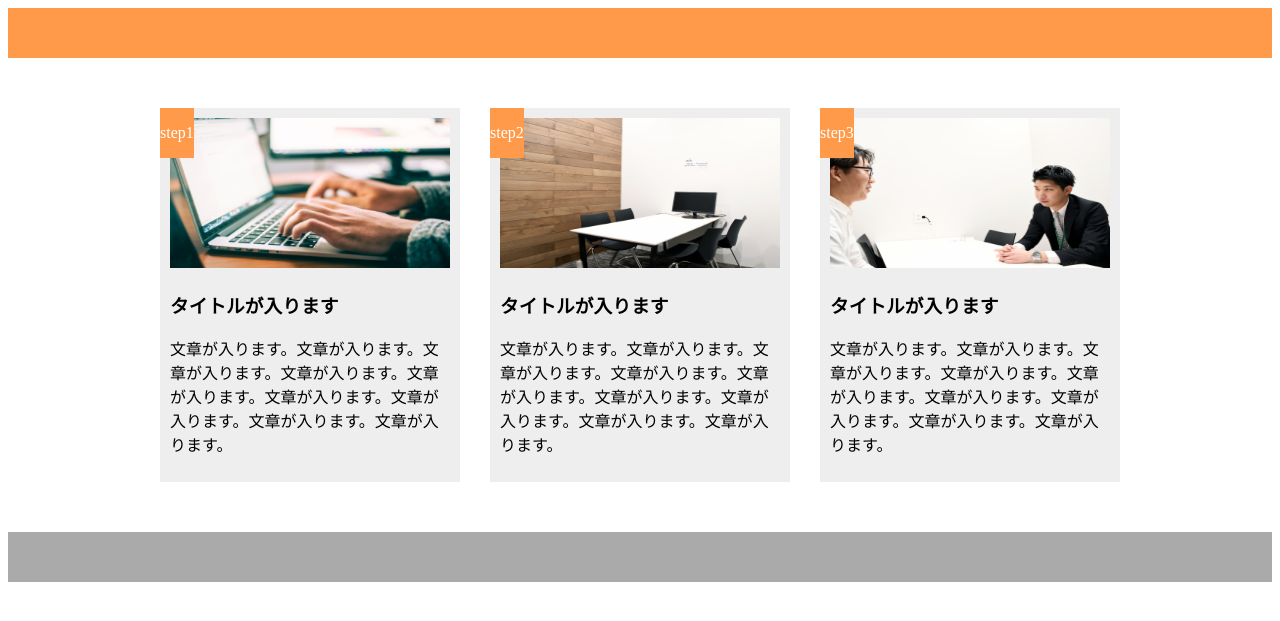
Repository: takuromiyazaki/kadai
Page: 課題１/課題１.html
The author's editor kept a record of every edit. The page is drawn from the files as they stood at one moment, then again after the next edit.
The browser window is 1280 px wide. The pictures show the whole page.

Above is the page before.

After the next edit:
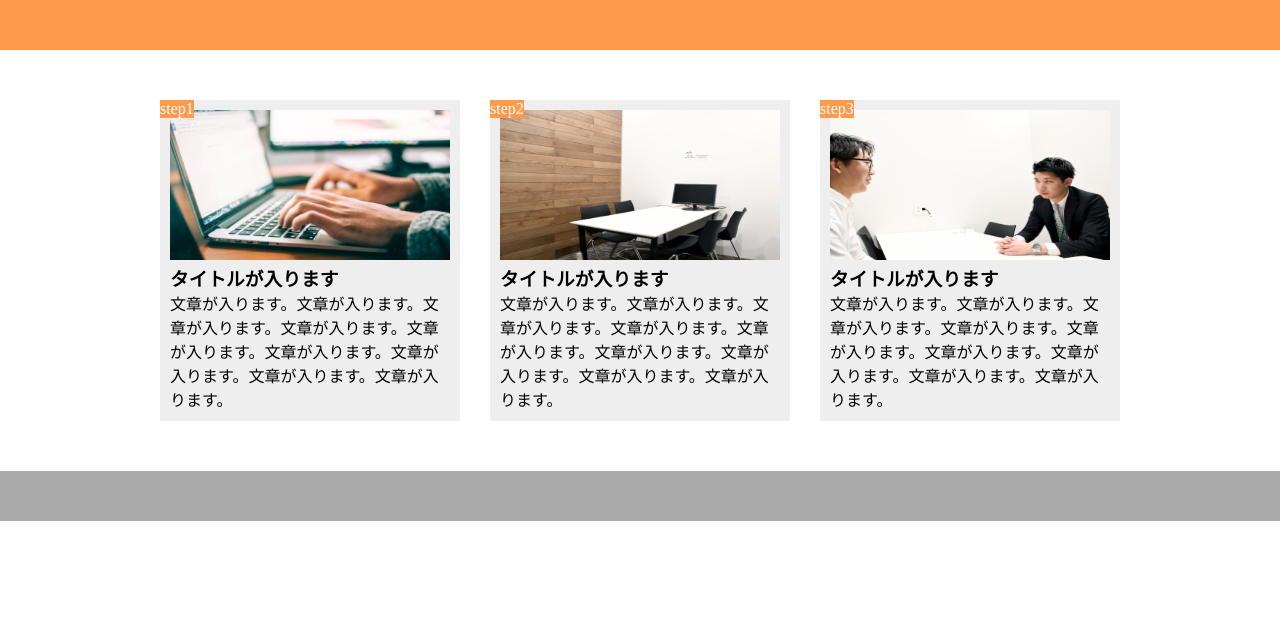
The edit:
--- a/課題１/課題１.css
+++ b/課題１/課題１.css
@@ -1,4 +1,4 @@
-{
+*{
   margin: 0;
   padding: 0;
   box-sizing: border-box;
